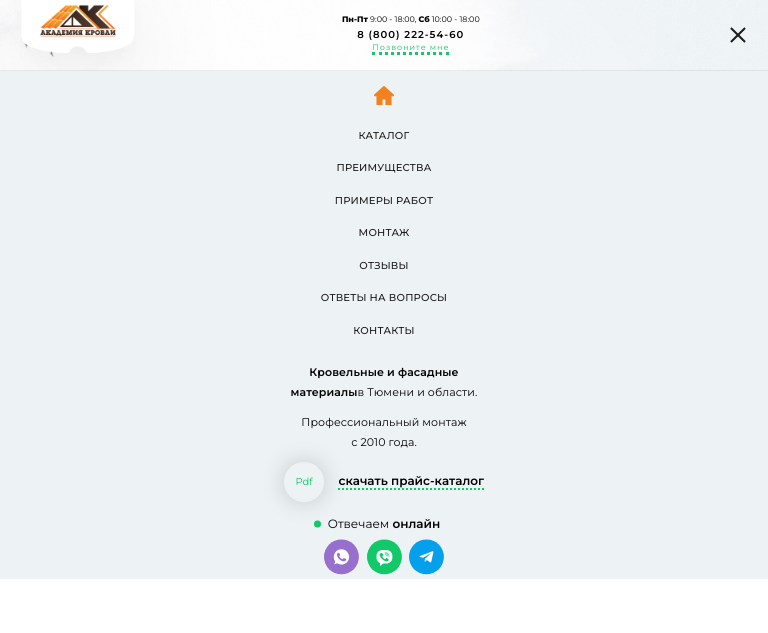
Repository: dima-hacker0/test_task_deyneka
Page: /
These files come from the project's save history. The page is drawn as it stood at one moment and after the next save; the edit follows.
The browser window is 768 px wide. The pictures show the whole page.
The project was rebuilt for these pictures with package versions that can differ from the ones it lists, and the page was loaded fresh each time.

Above is the page before, as saved 2022-06-23 21:33:35.

After the next save:
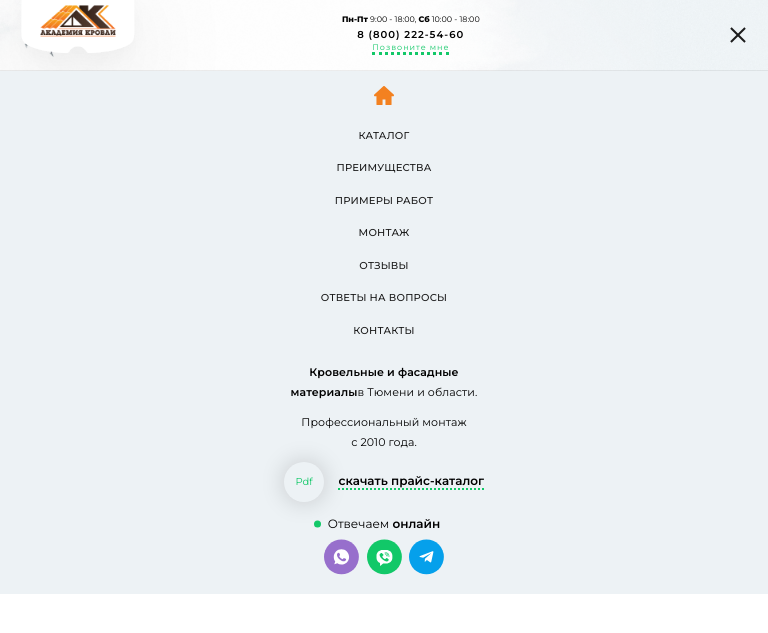
Saved 51 s later.
--- a/src/components/header/header.module.css
+++ b/src/components/header/header.module.css
@@ -84,6 +84,9 @@
   .bigMenu {
     display: none;
   }
+  .popapMenu {
+    padding-bottom: 15px;
+  }
 }
 @media (min-width: 993px) {
   .smallExtensionHeader {
